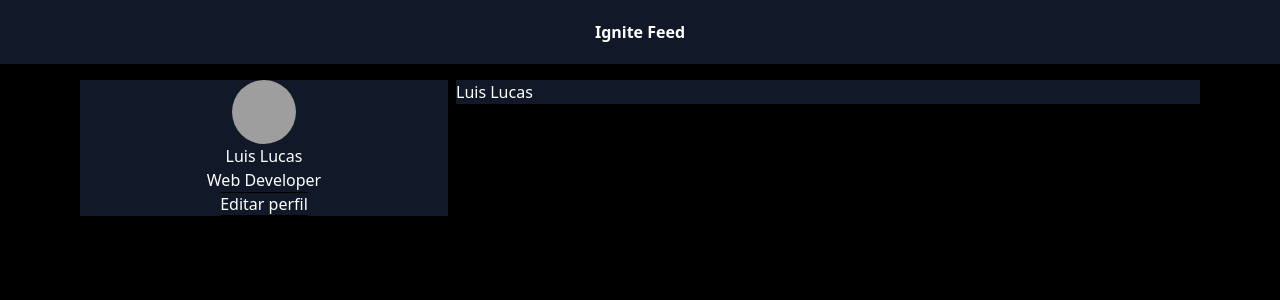
Repository: LuisSempre/ignite-feed
Page: /
The author's editor kept a copy of each file at every save. The page is drawn from the files as they stood at one save, then again after the next save.
The browser window is 1280 px wide. The pictures show the whole page.
Pictures or frames that could not be fetched are drawn as grey boxes. The project was rebuilt for these pictures with package versions that can differ from the ones it lists, and the page was loaded fresh each time. Also part of the build but not shown: vite.config.js.

Above is the page before, as saved 2022-07-13 21:34:52.

### src/App.jsx
import { Header } from "./Components/Header"
import { Sidebar } from "./Components/Sidebar"
function App() {
  return (
    <div>
      <Header />
      <div className="max-w-6xl mx-auto p-4 grid grid-cols-3 gap-2 items-start">
        <Sidebar />
        <div className="bg-gray-900 col-span-2">
          Luis Lucas
        </div>
      </div>
    </div>
  );
}

export default App;

### src/index.css
@tailwind base;
@tailwind components;
@tailwind utilities;

* {
    @apply bg-black text-white;
}

h1, span, a {
    @apply bg-gray-900
}

### src/Components/Header.jsx
export function Header() {
  return (
    <div className="flex max-w-7xl items-center justify-center h-16 bg-gray-900">
      <h1 className="font-bold bg-gray-900">Ignite Feed</h1>
    </div>
  )
}

### src/Components/Sidebar.jsx
export function Sidebar() {
  return (
    <div className="bg-gray-900 justify-center items-center flex flex-col text-center overflow-hidden object-cover">
      <img
        className="w-16 h-16 rounded-full"
        src="https://avatars.githubusercontent.com/u/32404639?v=4"
        alt=""
      />
      <h1>Luis Lucas</h1>
      <span>Web Developer</span>
      <div>
        <a href="">
            Editar perfil
        </a>
      </div>
    </div>
  );
}

Loaded but not shown: index.html (common file); src/main.jsx (common file); tailwind.config.js (common file)

After the next save:
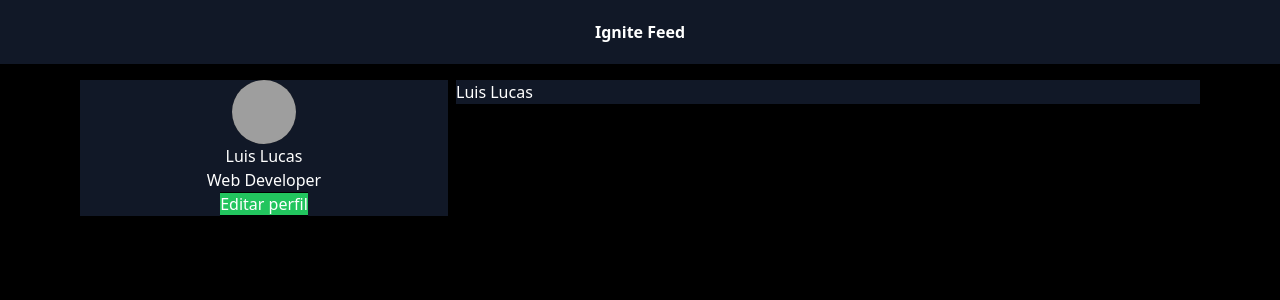
Saved 32 s later.
--- a/src/Components/Sidebar.jsx
+++ b/src/Components/Sidebar.jsx
@@ -9,7 +9,7 @@ export function Sidebar() {
       <h1>Luis Lucas</h1>
       <span>Web Developer</span>
       <div>
-        <a href="">
+        <a href="" className="bg-green-500">
             Editar perfil
         </a>
       </div>
